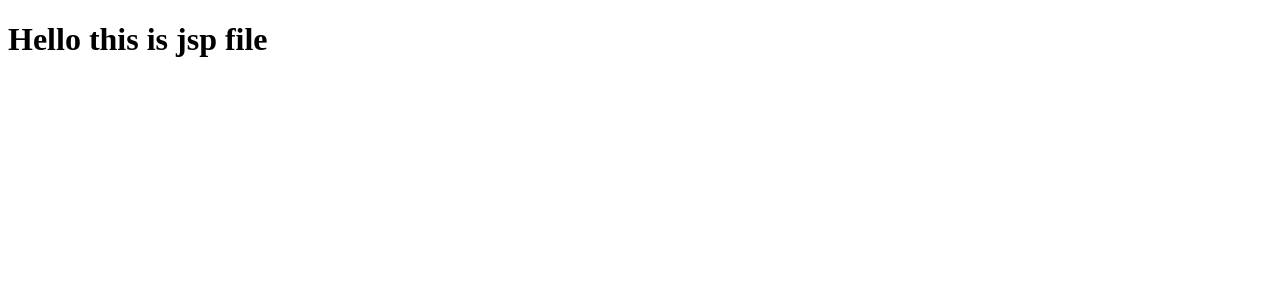
Repository: Suknaina/Repo
Page: http://localhost/jsp_demo/Sample.jsp
An editor plug-in stored every save of this project. The page is shown before and after the next save, followed by the edit.
The browser window is 1280 px wide. The pictures show the whole page.
The page is served by Tomcat 9.

Above is the page before, as saved 2023-05-19 04:30:08.

After the next save:
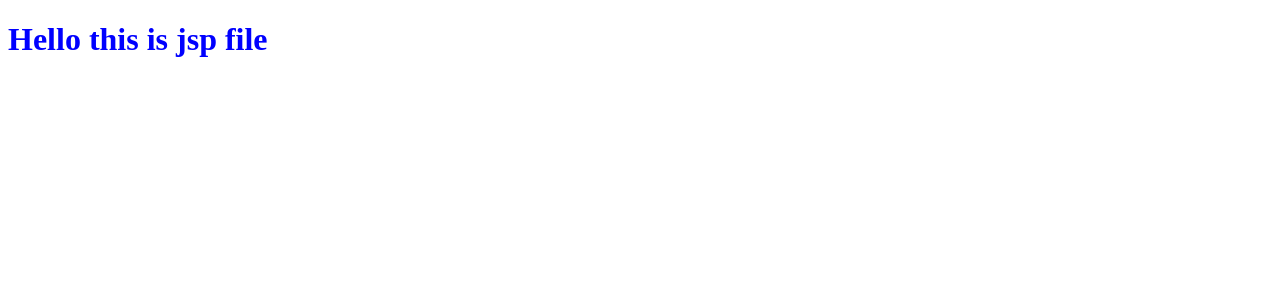
Saved 100 s later.
--- a/jsp_demo/src/main/webapp/Sample.jsp
+++ b/jsp_demo/src/main/webapp/Sample.jsp
@@ -5,6 +5,11 @@
 <head>
 <meta http-equiv="Content-Type" content="text/html; charset=ISO-8859-1">
 <title>Insert title here</title>
+<style type="text/css">
+h1{
+color: blue;
+}
+</style>
 </head>
 <body>
 <h1>Hello this is jsp file</h1>
